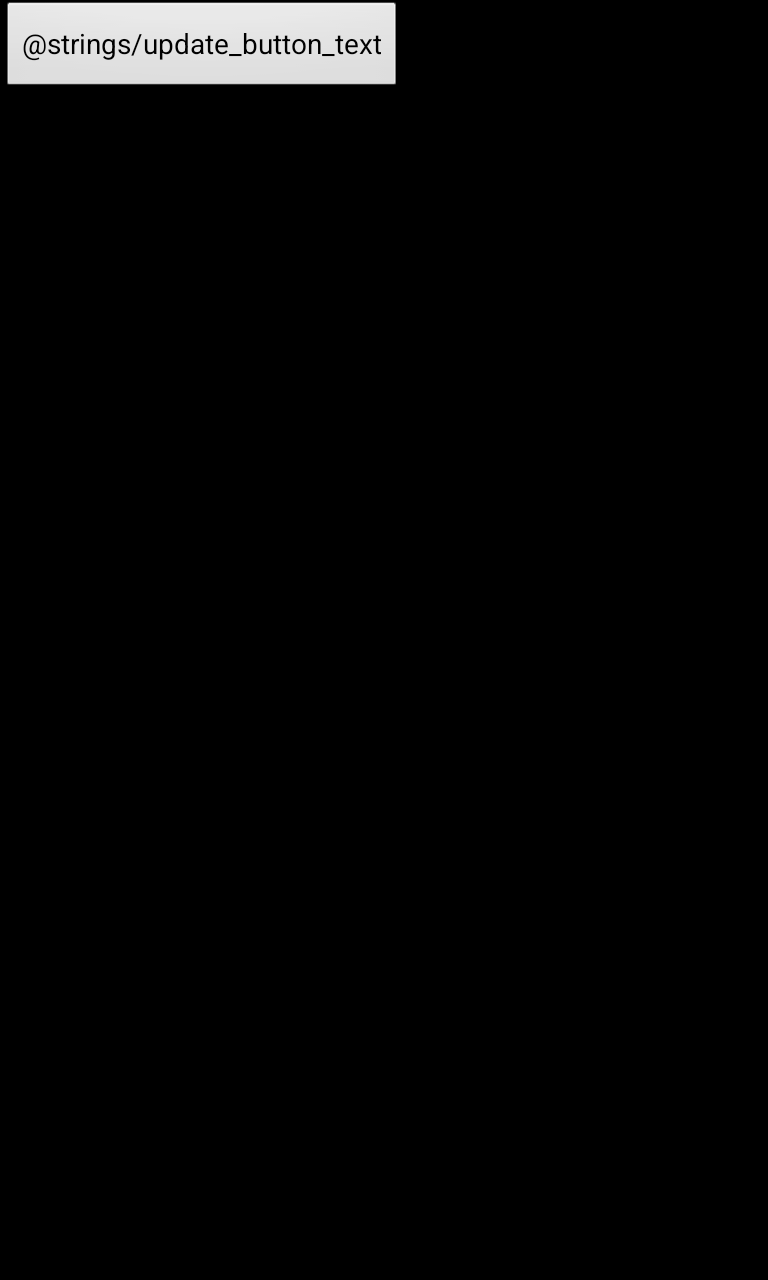
Repository: JerryScript-duplicate/BacksideUpdater
Layout: BacksideUpdater/res/layout/main.xml
An editor plug-in stored every save of this project. The layout is shown before and after the next save, followed by the edit.
It is drawn on a 768 x 1280 px phone screen (xhdpi) without system bars, with theme android:Theme; the app's code is not run.

Above is the layout before, as saved 2012-01-18 20:46:59.

### BacksideUpdater/res/layout/main.xml
<?xml version="1.0" encoding="utf-8"?>
<LinearLayout xmlns:android="http://schemas.android.com/apk/res/android"
    android:layout_width="fill_parent"
    android:layout_height="fill_parent"
    android:orientation="vertical" >

    <LinearLayout
        android:id="@+id/LinearLayout01"
        android:layout_width="wrap_content"
        android:layout_height="wrap_content" >
    </LinearLayout>

    <Button
        android:id="@+id/BacksideUpdaterButton"
        android:layout_width="wrap_content"
        android:layout_height="wrap_content"
        android:onClick="myClickHandler"
        android:text="@strings/update_button_text" >
    </Button>

    <TextView
        android:id="@+id/pagetext"
        android:layout_width="fill_parent"
        android:layout_height="fill_parent"
        android:scrollbars="vertical" >
    </TextView>

</LinearLayout>

After the next save:
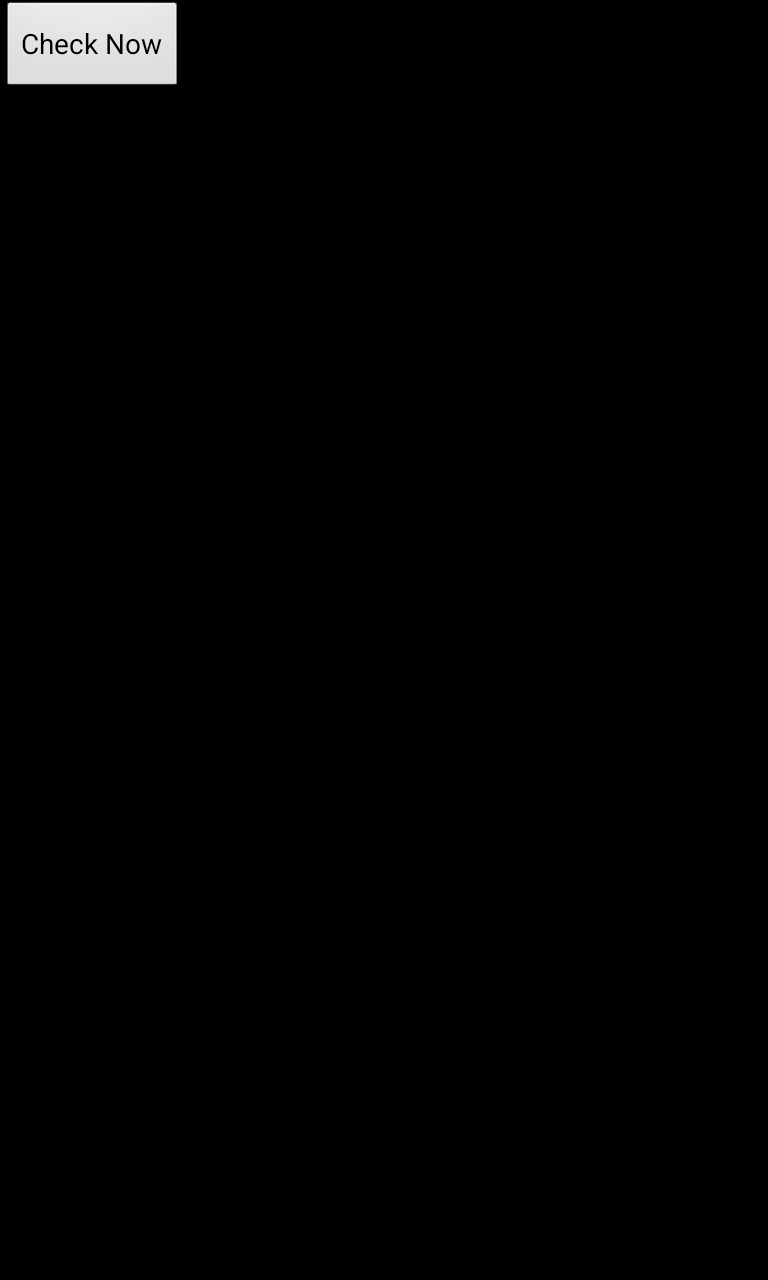
Saved 20 s later.
--- a/BacksideUpdater/res/layout/main.xml
+++ b/BacksideUpdater/res/layout/main.xml
@@ -15,7 +15,7 @@
         android:layout_width="wrap_content"
         android:layout_height="wrap_content"
         android:onClick="myClickHandler"
-        android:text="@strings/update_button_text" >
+        android:text="Check Now" >
     </Button>
 
     <TextView
